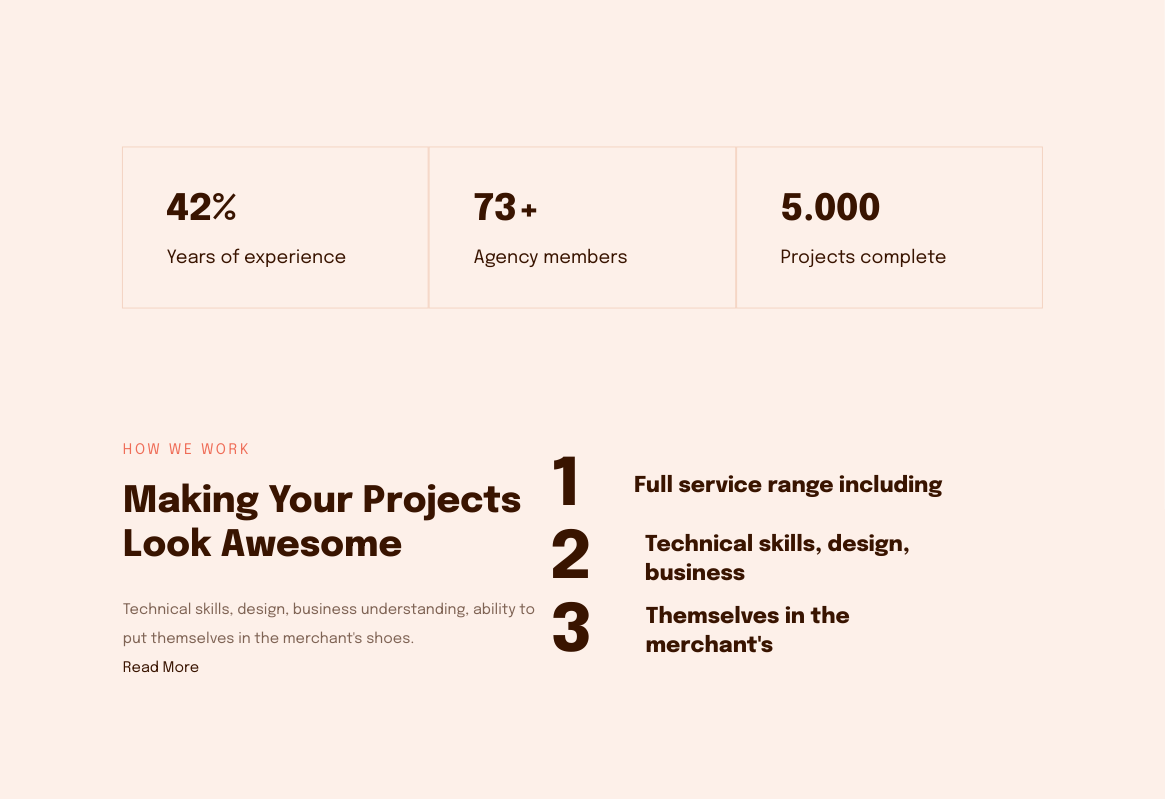
Repository: MehdiKerimov/Figma-task-7
Page: index.html
These files come from the project's save history. The page is drawn as it stood at one moment and after a run of saves; the edit follows.
The browser window is 1280 px wide. The pictures show the whole page, at 91% of full size.

Above is the page before, as saved 2023-08-30 12:19:34.

### index.html
<!DOCTYPE html>
<html lang="en">

<head>
    <meta charset="UTF-8">
    <meta name="viewport" content="width=device-width, initial-scale=1.0">
    <title>Document</title>
    <link rel="stylesheet" href="index.css">
</head>

<body>
    <div class="container">
        <div class="container-1">
            <ul>

                    <li>
                        <h1>42%</h1>
                        <p>Years of experience</p>
                    </li>


                    <li>
                        <h1>73+</h1>
                        <P>Agency members</P>
                    </li>


                    <li>
                        <h1>5.000</h1>
                        <p>Projects complete</p>
                    </li>

            </ul>
        </div>
        <div class="container-2">

            <div class="text-container">
                <h1>How we work</h1>
                <h2>Making Your Projects Look Awesome</h2>
                <p>Technical skills, design, business understanding, ability to put themselves in the merchant's shoes.</p>
                <a href="">Read More</a>
            </div>
            <ul>
               <li>
                <h1>1</h1>
                <p>Full service range including</p>
               </li>
               <li>
                <h1>2</h1>
                <p>Technical skills, design, business</p>
               </li>
               <li>
                <h1>3</h1>
                <p>Themselves in the merchant's</p>
               </li>
            </ul>

        </div>

    </div>


</body>

</html>

### index.css
@import url("https://fonts.googleapis.com/css2?family=Epilogue:wght@400;800&display=swap");
* {
  padding: 0;
  margin: 0;
  box-sizing: border-box;
}
.container {
  background: #fdf0e9;
  min-height: 100vh;
}
.container-1 {
  padding: 161px 134px 140px 134px;
}

.container-1 .box-1 {
  width: 391px;
  height: 176px;
  border-radius: 6px 0px 0px 6px;
}
.container-1 ul {
  display: flex;
}
.container-1 ul li {
  list-style-type: none;
  width: 33.33%;
  border: 1px solid #f3d1bf;
  padding: 45px 0 38px 48px;
}
.container-1 ul li h1 {
  color: var(--text-dark, #391400);
  font-feature-settings: "clig" off, "liga" off;
  font-family: Epilogue;
  font-size: 40px;
  font-style: normal;
  font-weight: 800;
  line-height: 48px;
}
.container-1 ul li p {
  margin-top: 13px;
  color: var(--text-dark, #391400);
  font-feature-settings: "clig" off, "liga" off;
  font-family: Epilogue;
  font-size: 20px;
  font-style: normal;
  font-weight: 400;
  line-height: 32px;
}
.container-1 .box-1 li h1 {
  padding: 45px 0px 13px 48px;
}
.container-1 .box-1 li p {
  margin-left: 48px;
}
.container-1 .box-3 li p {
  margin-left: 48px;
  color: var(--text-dark, #391400);
  font-feature-settings: "clig" off, "liga" off;
  font-family: Epilogue;
  font-size: 20px;
  font-style: normal;
  font-weight: 400;
  line-height: 32px;
}
.container-2{
    padding: 0 203px 127px 135px;
    display: flex;
    justify-content: space-between;
    align-items: center;
}
.container-2 .text-container h1 {
  color: var(--text-dark-accent, #ef6d58);
  font-feature-settings: "clig" off, "liga" off;
  font-family: Epilogue;
  font-size: 16px;
  font-style: normal;
  font-weight: 400;
  line-height: 32px;
  letter-spacing: 3px;
  text-transform: uppercase;
}
.container-2 .text-container h2 {
    margin-top: 17px;
    margin-bottom: 31px;
    width: 448px;
  color: var(--text-dark, #391400);
  font-feature-settings: "clig" off, "liga" off;
  font-family: Epilogue;
  font-size: 40px;
  font-style: normal;
  font-weight: 800;
  line-height: 48px;
}
.container-2 .text-container p {
    width: 470px;
  color: var(--text-dark-gray, rgba(57, 20, 0, 0.64));
  font-feature-settings: "clig" off, "liga" off;
  font-family: Epilogue;
  font-size: 16px;
  font-style: normal;
  font-weight: 400;
  line-height: 32px;
}
.container-2 .text-container a {
    margin-top: 28px;
  color: var(--text-dark, #391400);
  font-feature-settings: "clig" off, "liga" off;
  font-family: Epilogue;
  font-size: 16px;
  font-style: normal;
  font-weight: 400;
  line-height: 32px;
  text-decoration: none;
}

.container-2 ul li  {
display: flex;
align-items: center;
}
.container-2 ul li h1{
    margin-right: 60px;
    color: #391400;
font-feature-settings: 'clig' off, 'liga' off;

/* H1 */
font-family: Epilogue;
font-size: 72px;
font-style: normal;
font-weight: 800;
line-height: 80px; /* 111.111% */
letter-spacing: -2px;
}
.container-2 ul li p{
    color: var(--text-dark, #391400);
font-feature-settings: 'clig' off, 'liga' off;

/* H4 */
font-family: Epilogue;
font-size: 24px;
font-style: normal;
font-weight: 700;
line-height: 32px; /* 133.333% */
}

After the next 4 saves:
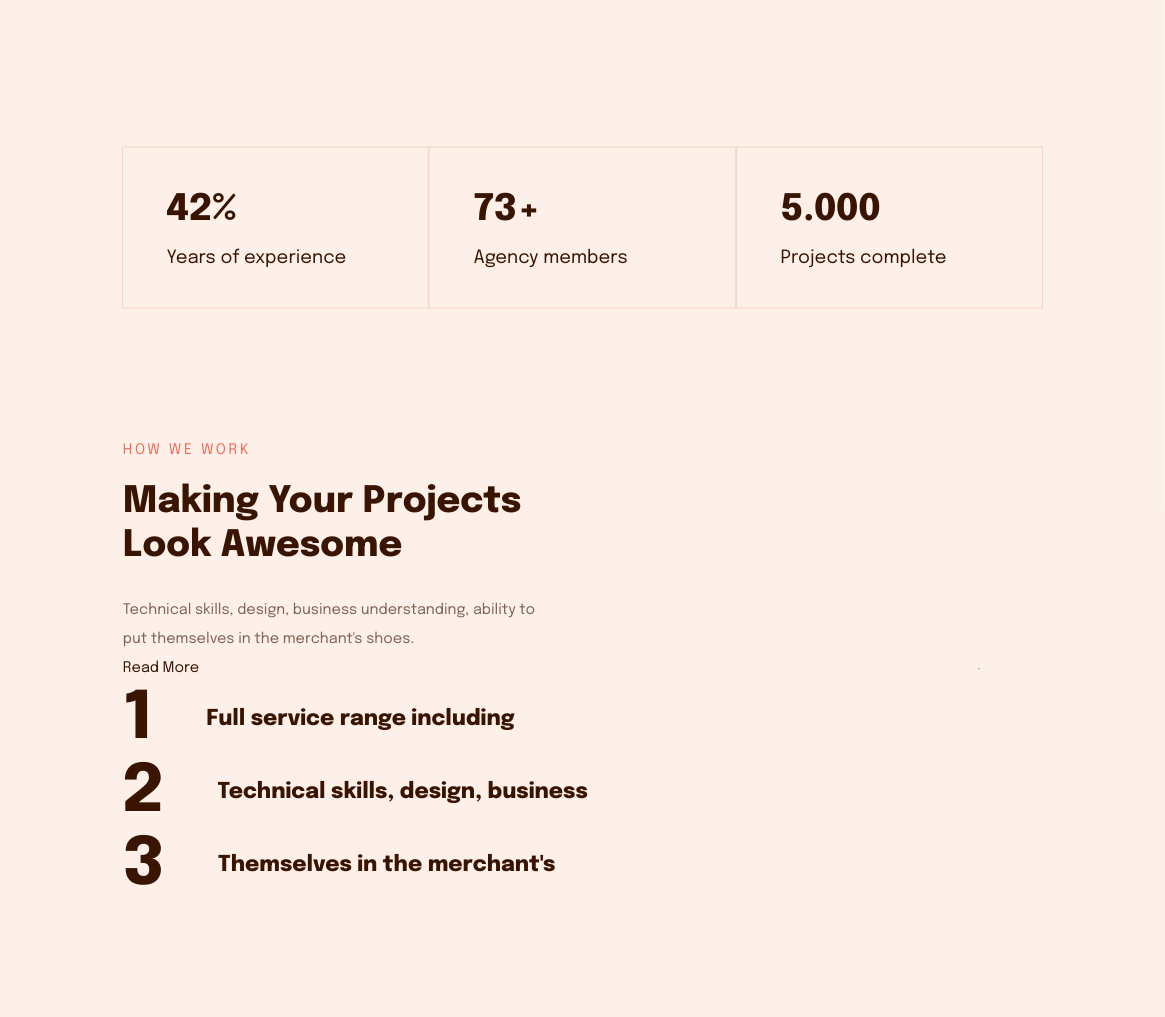
The 4 saves are shown as one change because they came seconds apart.
The last was saved 12 s later.
--- a/index.html
+++ b/index.html
@@ -33,28 +33,30 @@
             </ul>
         </div>
         <div class="container-2">
+            <div class="collaj-box">
+                <div class="text-container">
+                    <h1>How we work</h1>
+                    <h2>Making Your Projects Look Awesome</h2>
+                    <p>Technical skills, design, business understanding, ability to put themselves in the merchant's shoes.</p>
+                    <a href="">Read More</a>
+                </div>
+                <ul>
+                   <li>
+                    <h1>1</h1>
+                    <p>Full service range including</p>
+                   </li>
+                   <li>
+                    <h1>2</h1>
+                    <p>Technical skills, design, business</p>
+                   </li>
+                   <li>
+                    <h1>3</h1>
+                    <p>Themselves in the merchant's</p>
+                   </li>
+                </ul>
 
-            <div class="text-container">
-                <h1>How we work</h1>
-                <h2>Making Your Projects Look Awesome</h2>
-                <p>Technical skills, design, business understanding, ability to put themselves in the merchant's shoes.</p>
-                <a href="">Read More</a>
             </div>
-            <ul>
-               <li>
-                <h1>1</h1>
-                <p>Full service range including</p>
-               </li>
-               <li>
-                <h1>2</h1>
-                <p>Technical skills, design, business</p>
-               </li>
-               <li>
-                <h1>3</h1>
-                <p>Themselves in the merchant's</p>
-               </li>
-            </ul>
-
+          <hr>
         </div>
 
     </div>
